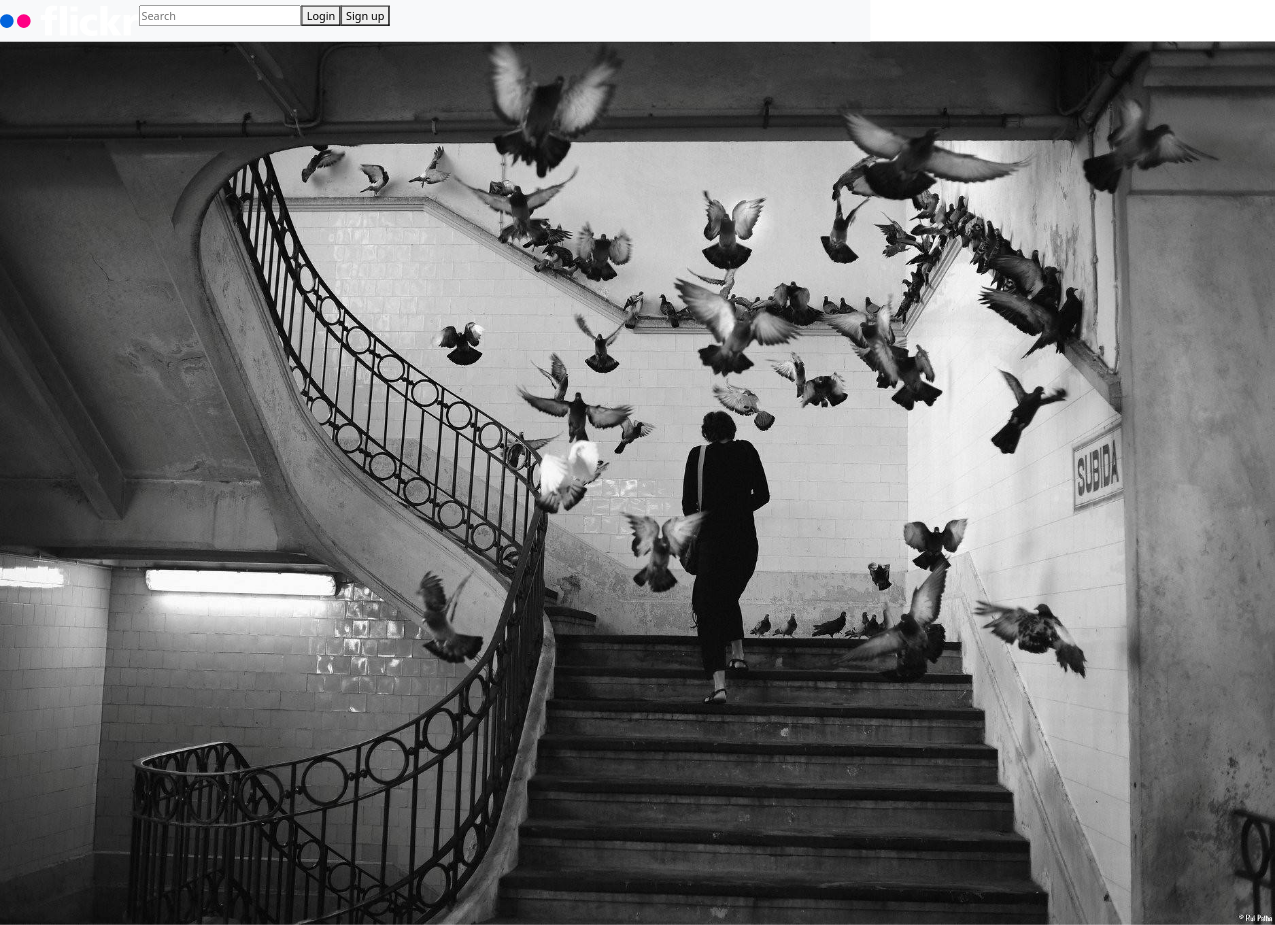
Repository: Alphosmart/LEVEL_1
Page: index.html
These files come from the project's save history. The page is drawn as it stood at one moment and after the next save; the edit follows.
The browser window is 1280 px wide. The page is 1875 px wide, so the pictures cover 1875 px, including what lies to the right of the window. The pictures show the whole page, at 68% of full size.

Above is the page before, as saved 2024-06-03 09:44:40.

After the next save:
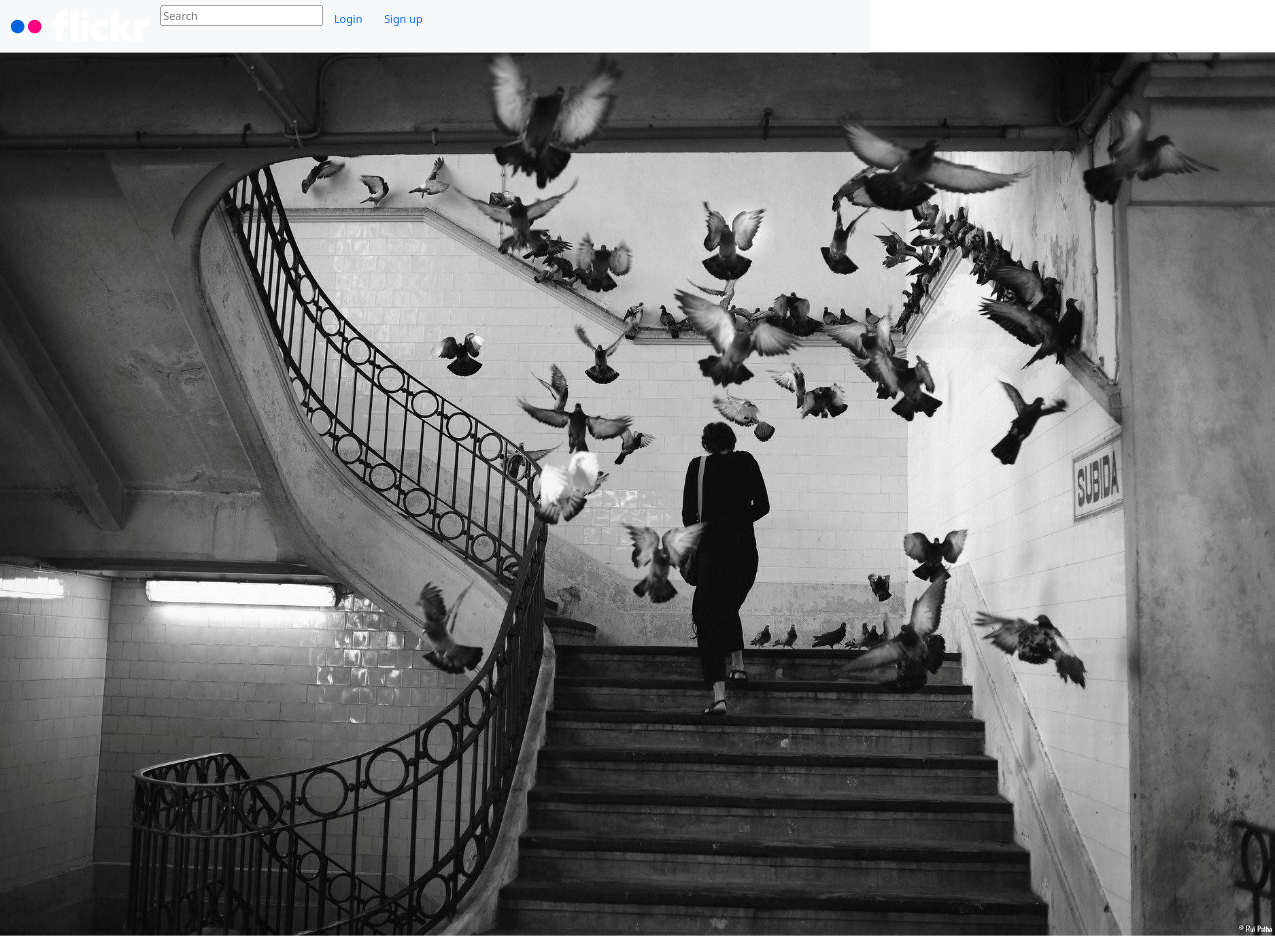
Saved 99 s later.
--- a/index.html
+++ b/index.html
@@ -16,11 +16,11 @@
     <nav class="navbar navbar-expand-lg bg-body-tertiary">
       <ul class="nav justify-content-end">
         <li class="nav-item">
-          <img src="/svg-export/svgexport-2.svg" alt="" />
+          <img src="/svg-export/svgexport-2.svg" alt="" class="nav-link" />
         </li>
         <li class="nav-item"><input type="text" placeholder="Search" /></li>
-        <li class="nav-item"><button>Login</button></li>
-        <li class="nav-item"><button>Sign up</button></li>
+        <li class="nav-item"><button class="nav-link">Login</button></li>
+        <li class="nav-item"><button class="nav-link">Sign up</button></li>
       </ul>
     </nav>
 
